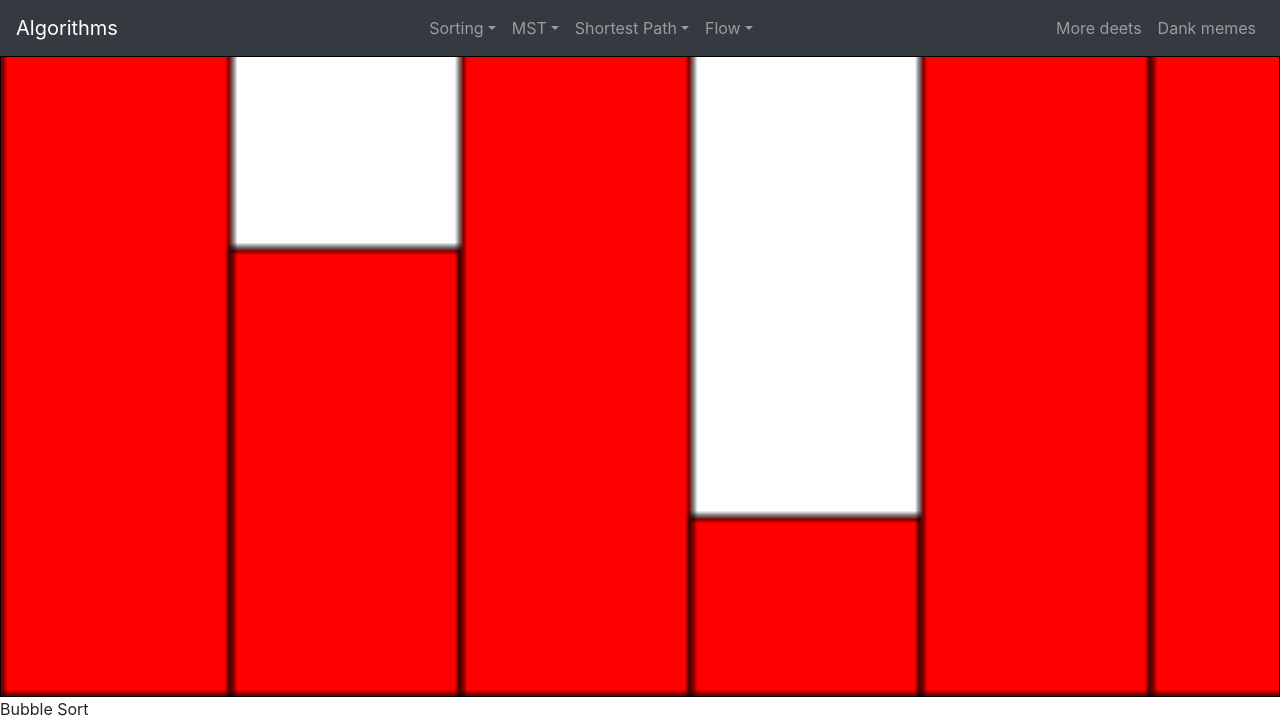
Repository: dkasima1/Algorithm-Visualizations
Page: /Sorting/Bubble_Sort
An editor plug-in stored every save of this project. The page is shown before and after the next save, followed by the edit.
The browser window is 1280 px wide. The pictures show the whole page.
The project was rebuilt for these pictures with package versions that can differ from the ones it lists, and the page was loaded fresh each time.

Above is the page before, as saved 2020-06-29 23:45:05.

### src/App.js
import React from 'react';
import { BrowserRouter as Router, Route, Switch } from 'react-router-dom';
import NavigationBar from './components/NavigationBar'
import 'bootstrap/dist/css/bootstrap.min.css';
import Bubble_Sort from "./components/Sorting/Bubble_Sort"
import BarGraph from "./components/Graph/BarGraph"

function App() {
  return (
    <React.Fragment>
      <Router>
        <NavigationBar />
        <BarGraph />
        <Switch>
          <Route path="/Sorting/Bubble_Sort" component={ Bubble_Sort } />
        </Switch>
      </Router>
    </React.Fragment>
  );
}

export default App;

### src/components/NavigationBar.js
import React from 'react';
import { Navbar, Nav, NavDropdown} from 'react-bootstrap';
import { Link } from 'react-router-dom'

function NavigationBar() {
    return (
        <div>
            <Navbar collapseOnSelect expand="lg" bg="dark" variant="dark">
                <Navbar.Brand href="#home">Algorithms</Navbar.Brand>
                <Navbar.Toggle aria-controls="responsive-navbar-nav" />
                <Navbar.Collapse id="responsive-navbar-nav">
                    <Nav className="m-auto">
                    <NavDropdown title="Sorting" id="collasible-nav-dropdown">
                        <NavDropdown.Item as={Link} to="/Sorting/Bubble_Sort">Bubble Sort</NavDropdown.Item>
                        <NavDropdown.Item  as={Link} to="/Sorting/Selection_Sort">Selection Sort</NavDropdown.Item>
                        <NavDropdown.Item  as={Link} to="/Sorting/Insertion_Sort">Insertion Sort</NavDropdown.Item>
                        <NavDropdown.Divider />
                        <NavDropdown.Item  as={Link} to="/Sorting/Merge_Sort">Merge Sort</NavDropdown.Item>
                        <NavDropdown.Item  as={Link} to="/Quick_Sort">Quick Sort</NavDropdown.Item>
                    </NavDropdown>
                    <NavDropdown title="MST" id="collasible-nav-dropdown">
                        <NavDropdown.Item  as={Link} to="/MST/Prims">Prim's Algorithm</NavDropdown.Item>
                        <NavDropdown.Item  as={Link} to="/MST/Kruskals">Kruskal's Algorithm</NavDropdown.Item>
                    </NavDropdown>
                    <NavDropdown title="Shortest Path" id="collasible-nav-dropdown">
                        <NavDropdown.Item  as={Link} to="/Shortest_Path/Dijkstra's">Dijkstra's</NavDropdown.Item>
                    </NavDropdown>
                    <NavDropdown title="Flow" id="collasible-nav-dropdown">
                        <NavDropdown.Item  as={Link} to="/Flow/Ford_Fulkurson">Ford Fulkurson</NavDropdown.Item>
                    </NavDropdown>
                    </Nav>
                    <Nav>
                    <Nav.Link href="#deets">More deets</Nav.Link>
                    <Nav.Link eventKey={2} href="#memes">
                        Dank memes
                    </Nav.Link>
                    </Nav>
                </Navbar.Collapse>
            </Navbar>
        </div>
    )
}

export default NavigationBar;

### src/components/Sorting/Bubble_Sort.js
import React from 'react';

const Bubble_sort = (props) => (<div>Bubble Sort</div>)

export default Bubble_sort;

### src/components/Graph/BarGraph.js
import React from "react";
import './BarGraph.css';

// https://philna.sh/blog/2018/09/27/techniques-for-animating-on-the-canvas-in-react/#:~:text=To%20get%20a%20ref%20to,to%20the%20ref%20you%20created.&text=Now%20you%20have%20the%20context,and%20animate%20all%20you%20like.

class Canvas extends React.Component {

    constructor(props) {
        super(props);
        this.canvasRef = React.createRef();
    }

    componentDidMount() {

        // Generate an array of random numbers.
        let arr = []
        while (arr.length < 20) {
            var num = Math.floor(Math.random() * 100 + 1);
            if (arr.indexOf(num) === -1) {
                arr.push(num)
            }
        }

        // Generate bars of bargraph
        const canvas = this.canvasRef.current;
        let ctx = canvas.getContext("2d");

        let width = 54;
        let posX = 0;

        ctx.fillStyle = "red";
        ctx.strokeStyle ="black"

        for (let i = 0; i < arr.length; i++) {
            let height = arr[i] * (canvas.width/100);
            ctx.fillRect(posX, canvas.height - height, width, height);
            ctx.strokeRect(posX, canvas.height - height, width, height);
            posX += 54;
        }

        // // Outline Canvas
        // ctx.beginPath();
        // ctx.rect(0, 0, canvas.width, canvas.height);
        // ctx.stroke();
    }
    render() {
        return (
            <div>
                <canvas ref={this.canvasRef}/>
            </div>
        )
    }

    // draw() {

    // }
}

export default Canvas;

### src/components/Graph/BarGraph.css
canvas {
    padding: 0;
    margin: auto;
    display: block;
    width: 1280px;
    border: 1px solid black;
}

Loaded but not shown: public/index.html (common file); src/index.js (common file); src/index.css (common file); src/serviceWorker.js (common file)

After the next save:
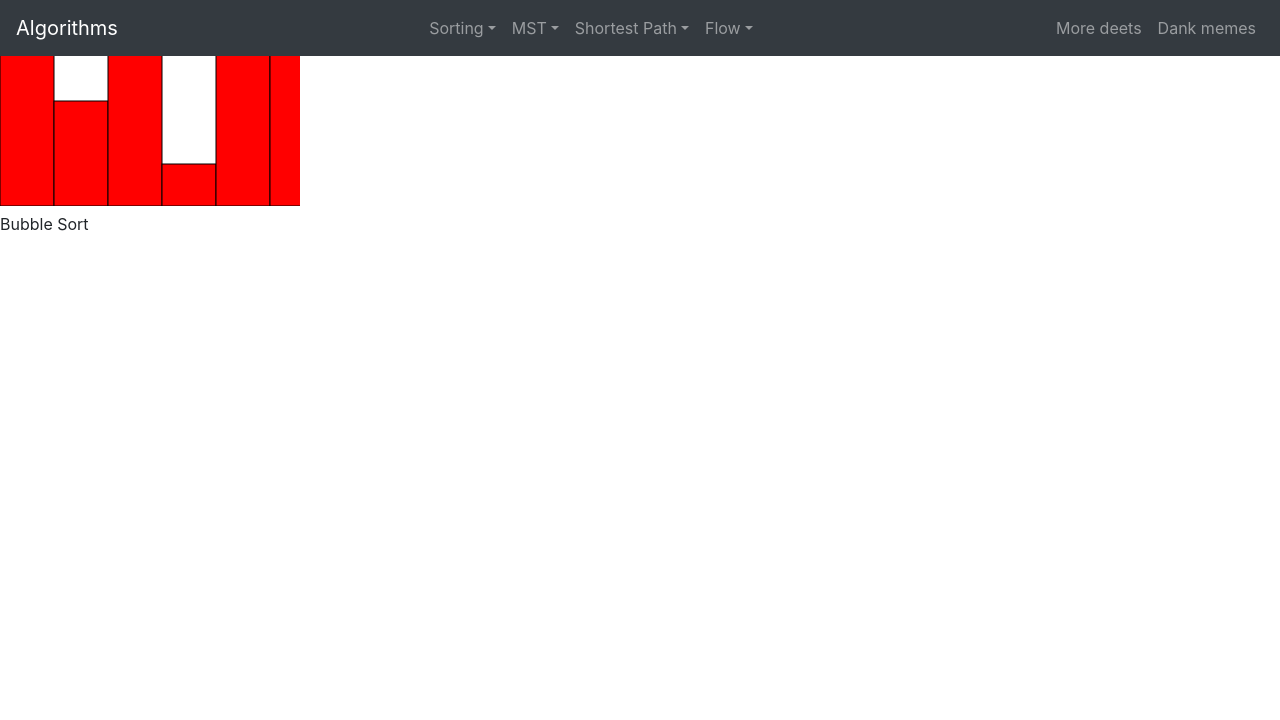
Saved 23 s later.
--- a/src/components/Graph/BarGraph.css
+++ b/src/components/Graph/BarGraph.css
@@ -1,7 +1,7 @@
-canvas {
+/* canvas {
     padding: 0;
     margin: auto;
     display: block;
     width: 1280px;
     border: 1px solid black;
-}
+} */
